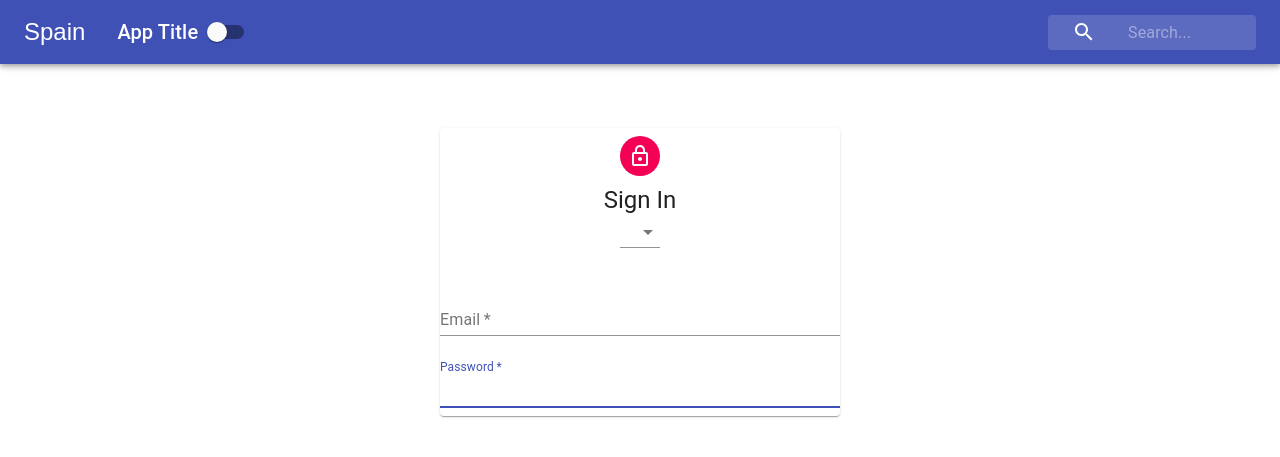
Repository: zhapar/context
Page: /
These files come from the project's save history. The page is drawn as it stood at one moment and after the next save; the edit follows.
The browser window is 1280 px wide. The pictures show the whole page.
The project was rebuilt for these pictures with package versions that can differ from the ones it lists, and the page was loaded fresh each time.

Above is the page before, as saved 2020-09-29 08:27:17.

After the next save:
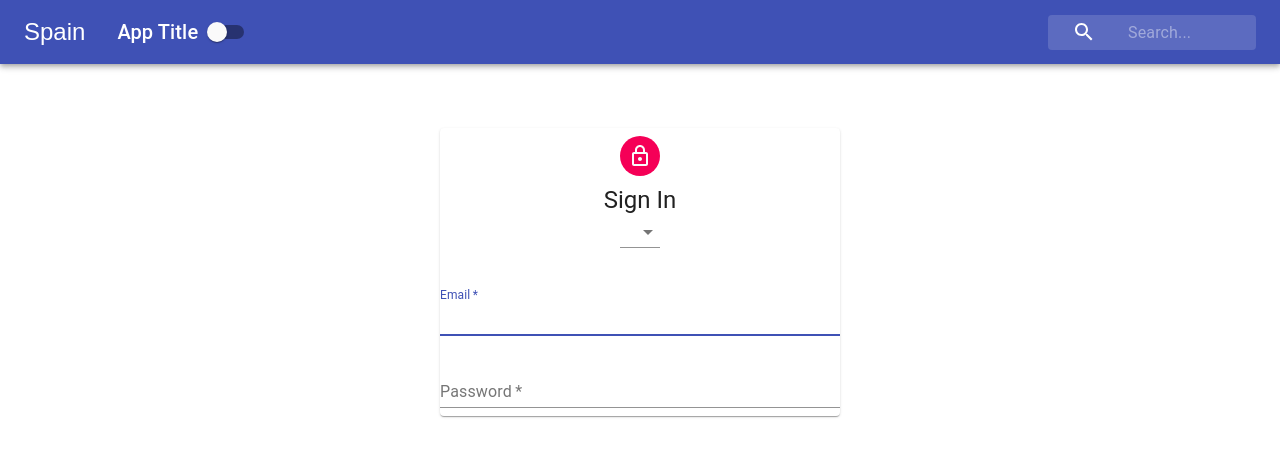
Saved 21 s later.
--- a/src/Form.js
+++ b/src/Form.js
@@ -37,7 +37,7 @@ class Form extends Component {
             </FormControl>
             <FormControl margin="normal" required fullWidth>
               <InputLabel htmlFor="password">Password</InputLabel>
-              <Input id="password" name="password" autoFocus />
+              <Input id="password" name="password" />
             </FormControl>
           </form>
         </Paper>
